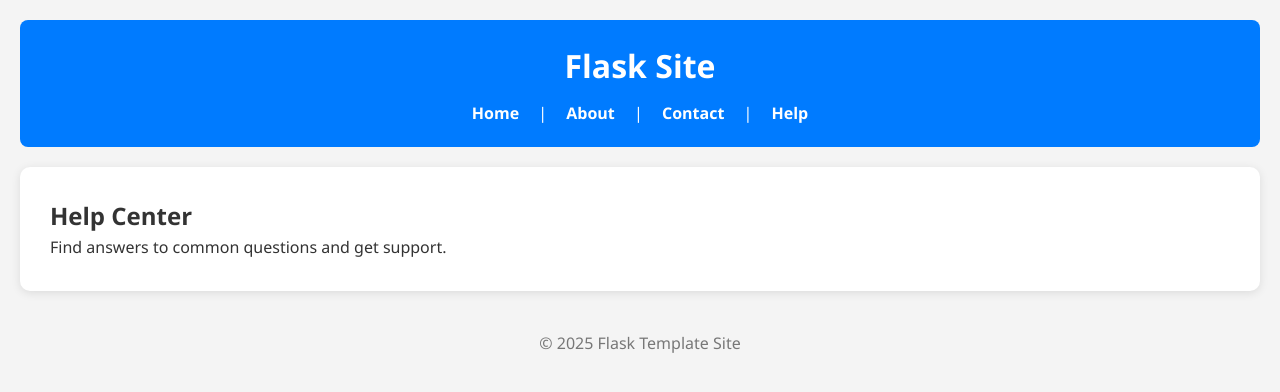
Repository: ankitg-02/FLASK
Page: http://localhost/help
The author's editor kept a copy of each file at every save. The page is drawn from the files as they stood at one save, then again after a run of saves.
The browser window is 1280 px wide. The pictures show the whole page.
The page is served by the project's application, run on Flask 3 (app.py).

Above is the page before, as saved 2025-05-19 13:02:45.

After the next 2 saves:
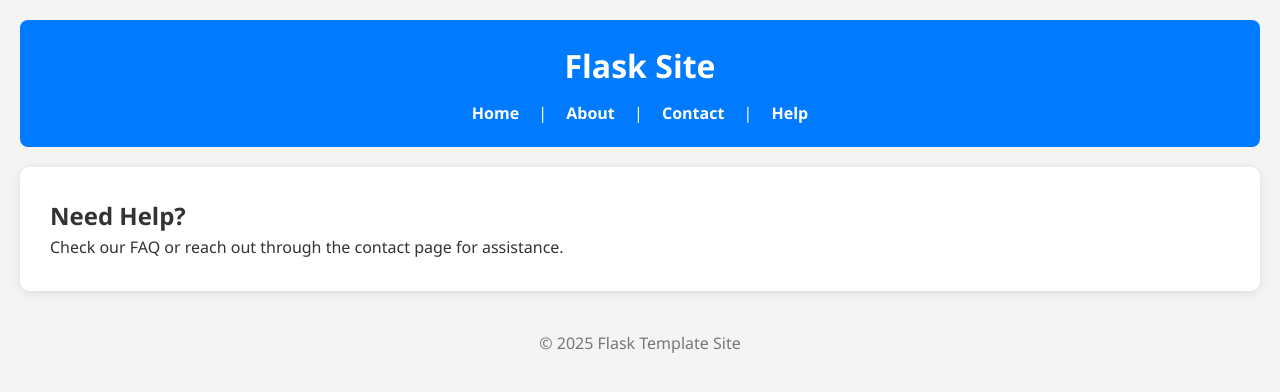
The 2 saves are shown as one change because 1 did not build or start.
The last was saved 43 s later.
--- a/Project2/templates/help.html
+++ b/Project2/templates/help.html
@@ -1,5 +1,5 @@
-{% extends 'base.html' %} {% block title %}Help - Flask Site{% endblock %} {%
-block content %}
-<h2>Help Center</h2>
-<p>Find answers to common questions and get support.</p>
+{% extends 'base.html' %} {% block title %}Help - My Blog{% endblock %} {% block
+content %}
+<h2>Need Help?</h2>
+<p>Check our FAQ or reach out through the contact page for assistance.</p>
 {% endblock %}
